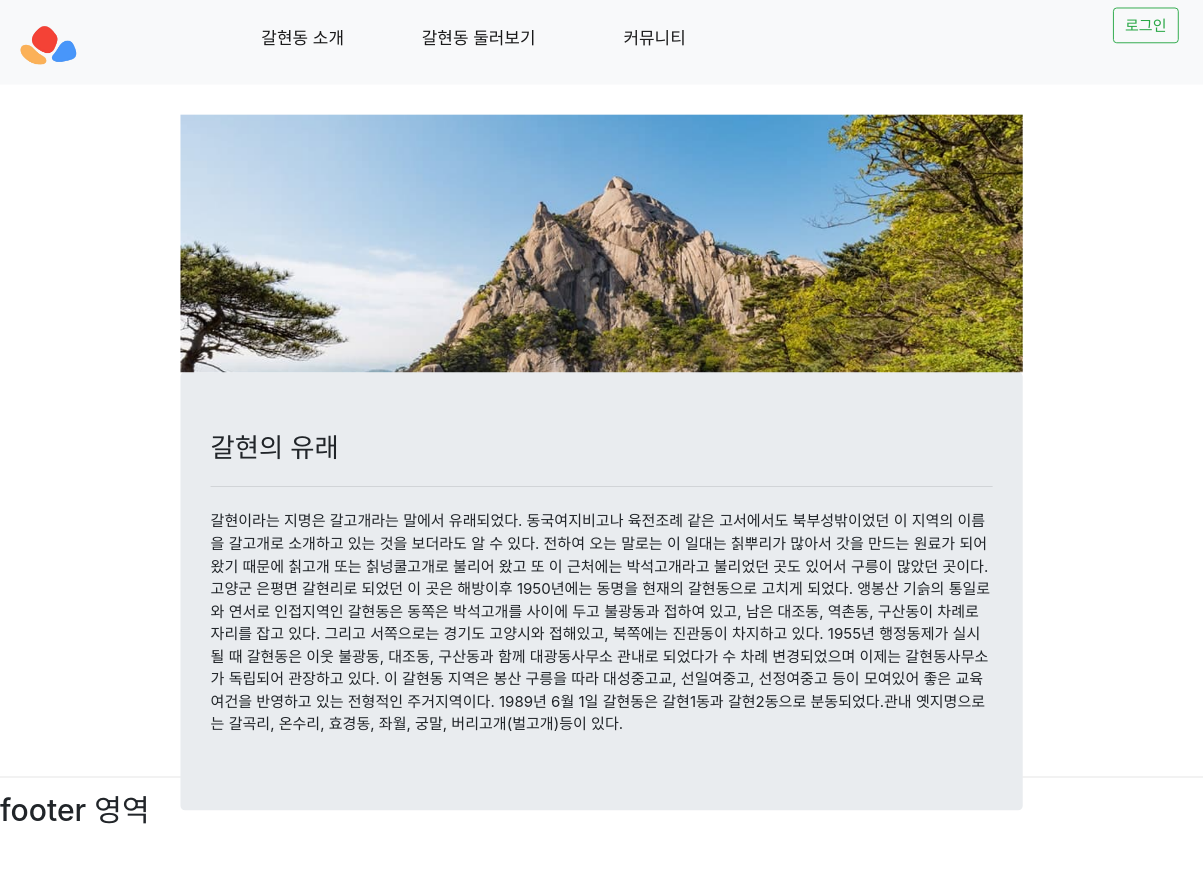
Repository: rnjsmj/pro01
Page: http://localhost/pro01/intro/origin.jsp
An editor plug-in stored every save of this project. The page is shown before and after the next save, followed by the edit.
The browser window is 1280 px wide. The pictures show the whole page, at 94% of full size.
The page is served by Tomcat 9. Nobody is signed in. The application's start-up code is not run. Other server files are loaded and not shown. The template is opened directly, without the code that normally fills it, so the values that code supplies are empty.

Above is the page before, as saved 2024-04-14 15:32:10.

### pro01/WebContent/intro/origin.jsp
<%@ page language="java" contentType="text/html; charset=UTF-8"
    pageEncoding="UTF-8"%>
<%@ taglib prefix="c" uri="http://java.sun.com/jsp/jstl/core" %>
<%@ taglib prefix="fmt" uri="http://java.sun.com/jsp/jstl/fmt" %>
<c:set var="path0" value="<%=request.getContextPath() %>" />
<!DOCTYPE html>
<html>
<head>
<meta charset="UTF-8">
<title>갈현동 소개 - 지역 유래</title>
<%@ include file="/head.jsp" %>
<style>
	#contents { background-color: #ffffff; height:100vh; text-align:center;justify-content:center; display:grid; }
	.page { padding : 2em; text-align : center; justify-content:center; width:960px;}
	.origin-main {text-align:center; width:100%}
	.main-image {justify-content:center; width:100%; height:auto;}
	.jumbotron {text-align:left;}
</style>
</head>
<body>
<div id="header">
	<%@ include file="/header.jsp" %>
</div>
<div id="contents">
	<section class="page" id="page1">
		<div class="origin-main">
			<img class="main-image" alt="대표이미지" src="${path0 }/images/main/origin.png">
			<div class="jumbotron">
				<h3 class="display-5">갈현의 유래</h2>
				<hr class="my-4">
				<p>
					갈현이라는 지명은 갈고개라는 말에서 유래되었다.

					동국여지비고나 육전조례 같은 고서에서도 북부성밖이었던 이 지역의 이름을 갈고개로 소개하고 있는 것을 보더라도 알 수 있다. 전하여 오는 말로는 이 일대는 칡뿌리가 많아서 갓을 만드는 원료가 되어왔기 때문에 칡고개 또는 칡넝쿨고개로 불리어 왔고 또 이 근처에는 박석고개라고 불리었던 곳도 있어서 구릉이 많았던 곳이다.

					고양군 은평면 갈현리로 되었던 이 곳은 해방이후 1950년에는 동명을 현재의 갈현동으로 고치게 되었다. 앵봉산 기슭의 통일로와 연서로 인접지역인 갈현동은 동쪽은 박석고개를 사이에 두고 불광동과 접하여 있고, 남은 대조동, 역촌동, 구산동이 차례로 자리를 잡고 있다.

					그리고 서쪽으로는 경기도 고양시와 접해있고, 북쪽에는 진관동이 차지하고 있다. 1955년 행정동제가 실시될 때 갈현동은 이웃 불광동, 대조동, 구산동과 함께 대광동사무소 관내로 되었다가 수 차례 변경되었으며 이제는 갈현동사무소가 독립되어 관장하고 있다.

					이 갈현동 지역은 봉산 구릉을 따라 대성중고교, 선일여중고, 선정여중고 등이 모여있어 좋은 교육여건을 반영하고 있는 전형적인 주거지역이다. 1989년 6월 1일 갈현동은 갈현1동과 갈현2동으로 분동되었다.관내 옛지명으로는 갈곡리, 온수리, 효경동, 좌월, 궁말, 버리고개(벌고개)등이 있다.
				</p>
			</div>
		</div>
	</section>
</div>
<div id="footer">
	<%@ include file="/footer.jsp" %>
</div>
</body>
</html>

### pro01/WebContent/head.jsp
<%@ page language="java" contentType="text/html; charset=UTF-8"
    pageEncoding="UTF-8"%>
<%@ taglib prefix="c" uri="http://java.sun.com/jsp/jstl/core" %>
<%@ taglib prefix="fmt" uri="http://java.sun.com/jsp/jstl/fmt" %>
<c:set var="ipath" value="<%= request.getContextPath() %>" />
<script src="${ipath }/js/jquery-3.2.1.min.js"></script>
<link rel="stylesheet" href="${ipath }/css/bootstrap.min.css" />
<link rel="stylesheet" href="https://cdnjs.cloudflare.com/ajax/libs/font-awesome/5.7.0/css/all.min.css" />
<script src="${ipath }/js/bootstrap.min.js"></script>
<meta name="viewport" content="width=device-width, initial-scale=1.0">
<meta name="subject" content="갈현동 소개 (Galhyeon-dong Intro)" />
<meta name="description" content="갈현동, 로데오거리, 맛집, 교통" />
<meta name="keywords" content="갈현동, 갈현1동, 갈현2동, 거리, 맛집, 교통편, 연신내역, 연신내, 구산역, 구산동, 구파발, 로데오거리, 연신내로데오거리, 메트로타워, 주점" />
<link rel="icon" href="${ipath }/images/favicon.png" />
<link rel="shortcut icon" href="${ipath}/images/favicon3.png" />
<meta property="og:type" content="website" />
<meta property="og:title" content="갈현동" />
<meta property="og:description" content="갈현동, 로데오거리, 맛집, 교통" />
<meta property="og:image" content="${ipath }/images/site.png" />
<meta property="og:url" content="http://localhost:8091" />
<link rel="stylesheet" href="${ipath }/css/common.css" />

### pro01/WebContent/header.jsp
<%@ page language="java" contentType="text/html; charset=UTF-8"
    pageEncoding="UTF-8"%>
<%@ taglib prefix="c" uri="http://java.sun.com/jsp/jstl/core" %>
<%@ taglib prefix="fmt" uri="http://java.sun.com/jsp/jstl/fmt" %>
<c:set var="hpath" value="<%=request.getContextPath() %>" />

<style>
	.navbar {width:100%; clear:both; display:block;}

	.navbar-brand { float:left; margin-right:80px; margin-top:0px; }
	#gnb {width:100%; height:90px; position:absoulute; top:0px; min-width:1100px; }
	.div-navbar {width:100%; display:block; float:left; }
	#gnb .navbar-nav { width:60%; margin:0auto; float:left; display:block; min-width:606px; text-align:center; margin-left:5%; height:80px;}
	#gnb .nav-item {float:left; position:relative; width:25%; height:80px; line-height:50px; text-align:center; display:block;  }
	#gnb .nav-item a {display:block; }
	.nav-link {font-size:18px;}
	/*
	.navbar {width:100%; clear:both; display:block;}

	.navbar-brand { float:left; margin-right:80px; margin-top:0px; }
	#gnb {width:100%; height:90px; position:absoulute; margin-top:0px; }
	.div-navbar {width:100%; display:block; float:left;}
	#gnb .navbar-nav { width:60%; margin:0auto; overflow:hidden; float:left; display:block; min-width:606px; text-align:center; margin-left:5%}
	#gnb .nav-item {float:left; position:relative; width:25%; height:100%; line-height:50px; text-align:center; display:block; }
	#gnb .nav-item a {display:block; }
	.nav-link {font-size:18px;}*/

	#gnb .sub_menu {display:none; list-style:none; text-align:left; background-color:#ffffff; margin-top:10px; }
	#gnb .sub_menu a {text-decoration:none; color:black;}
	#gnb .sub_menu a:hover {font-weight:600; color:#69634e; }
	#gnb .item .sub_menu li {background-color:#ffffff; }
	#gnb .nav-item:hover .sub_menu {display:block; }
	#gnb .nav-item:hover a.nav-link{font-weight:600; }
	#gnb a {text-decoration:none;}

	.mem-manage {text-align:right;   width:200px; float:right;}
	.ul-mem {list-style:none; }
	.li-mem {list-style:none; margin-left:10px; margin-right:10px; float:right; display:block;}


</style>
<header>
	<nav class="navbar navbar-light bg-light" id="gnb">
	<div class="div-navbar">
  		<a class="navbar-brand" href="/pro01"><img alt="갈현동" src="${hpath }/images/favicon3.png" width=70px></a>
		<ul class="navbar-nav">
    		<li class="nav-item active"><a class="nav-link">갈현동 소개</a>
    			<ul class="sub_menu">
    				<li><a href="${hpath }/intro/origin.jsp">지명유래</a></li>
    				<li><a href="">오시는 길</a></li>
    			</ul>
    		</li>
    		<li class="nav-item active"><a class="nav-link">갈현동 둘러보기</a>
    			<ul class="sub_menu">
    				<li><a href="">주요시설 안내</a></li>
    				<li><a href="">맛집 안내</a></li>
    				<li><a href="${hpath }/TrafficList.do">교통편 안내</a></li>
    			</ul>
    		</li>
    		<li class="nav-item active"><a class="nav-link">커뮤니티</a>
    			<ul class="sub_menu">
    				<li><a href="${hpath }/NoticeList.do">공지사항</a></li>
    				<li><a href="${hpath }/QnaList.do">묻고답하기</a></li>
    				<li><a href="">자료실</a></li>
    			</ul>
    		</li>
    		<c:if test="${not empty sid }">
				<c:if test="${!sid.equals('admin')}">
				<li class="nav-item active"><a class="nav-link href="${hpath }/MemberUpdate.do?id=${sid}">마이페이지</a></li>
				</c:if>
				<c:if test="${sid.equals('admin') }">
				<li class="nav-item active"><a class="nav-link href="${hpath }/admin">관리자페이지</a></li>
				</c:if>
			</c:if>
  		</ul>
  		<div class="mem-manage justify-content-end">
  			<ul class="ul-mem">
  				<c:if test="${not empty sid }">
  				<li class="li-mem">
  					<img alt="이미지" src="${hpath }/images/member-icon.svg" width=20px;>
  					<strong>${sname }</strong>
  				</li>
  				<li class="li-mem">
  					<a class="btn btn-outline-success my-2 my-sm-0" href="${hpath }/Logout.do">로그아웃</a>
  				</li>
  				</c:if>
  				<c:if test="${empty sid}">
  				<li class="li-mem">
  					<a class="btn btn-outline-success my-2 my-sm-0" href="${hpath }/member/login.jsp" >로그인</a>
  				</li>
  				</c:if>
  			</ul>
  		</div>
  	</div>
	</nav>
</header>

### pro01/WebContent/footer.jsp
<%@ page language="java" contentType="text/html; charset=UTF-8"
    pageEncoding="UTF-8"%>
<hr>
<footer>
	<h2>footer 영역</h2>
</footer>

### pro01/WebContent/css/common.css
@charset "UTF-8";
#contents {min-height:100%; height:auto; padding-bottom:100px; }
#header {clear:both; height:90px;  min-width:1100px; }
#footer { /*background-color:#2c2c2c; color:#fff;
	position:relative; transform:translateY(-100%); height:100px;*/ }

Loaded but not shown: pro01/WebContent/js/jquery-3.2.1.min.js (library); pro01/WebContent/css/bootstrap.min.css (library); pro01/WebContent/js/bootstrap.min.js (library)

After the next save:
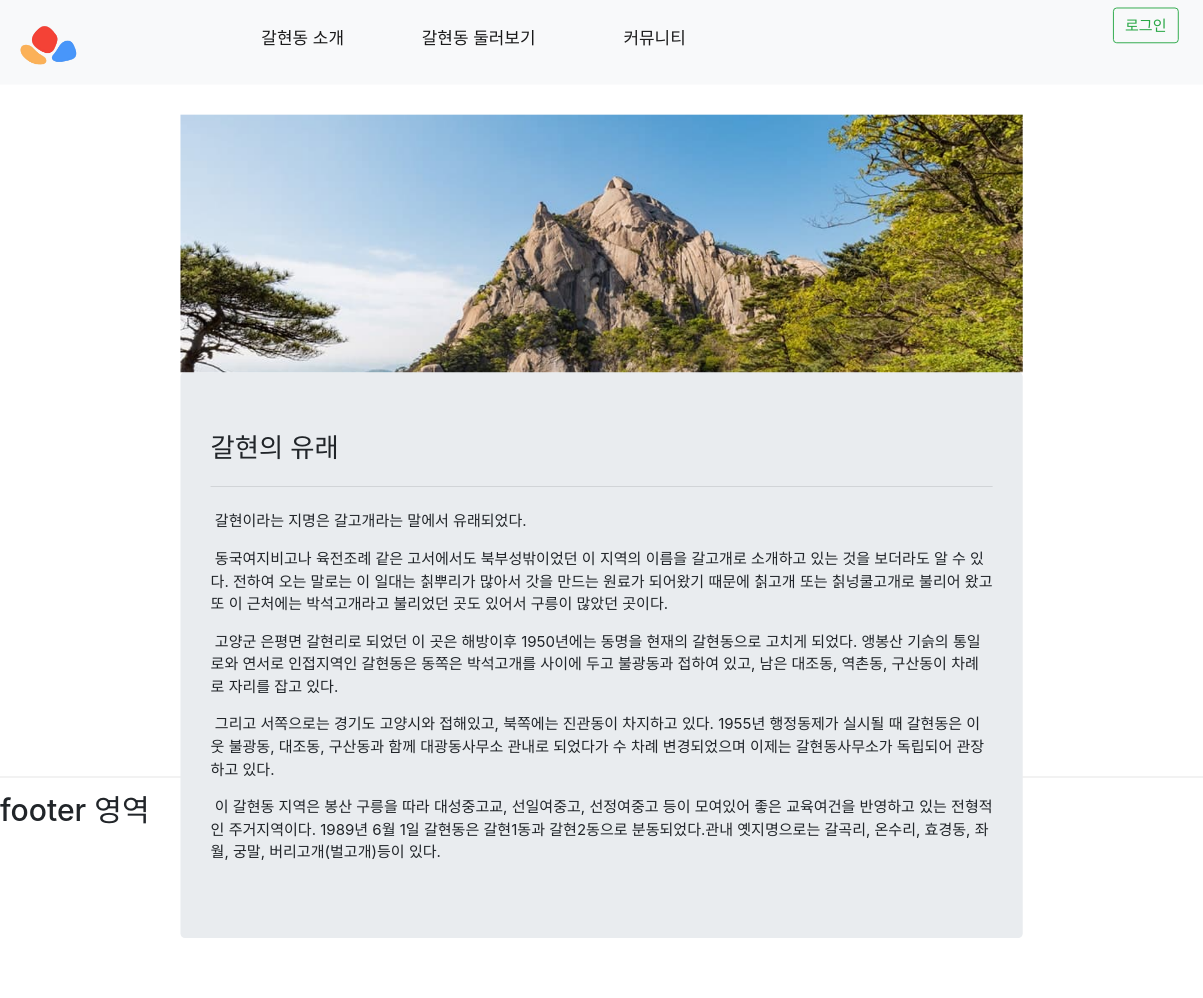
Saved 116 s later.
--- a/pro01/WebContent/intro/origin.jsp
+++ b/pro01/WebContent/intro/origin.jsp
@@ -26,18 +26,22 @@
 		<div class="origin-main">
 			<img class="main-image" alt="대표이미지" src="${path0 }/images/main/origin.png">
 			<div class="jumbotron">
-				<h3 class="display-5">갈현의 유래</h2>
+				<h3 class="display-5">갈현의 유래</h3>
 				<hr class="my-4">
 				<p>
-					갈현이라는 지명은 갈고개라는 말에서 유래되었다.
-
-					동국여지비고나 육전조례 같은 고서에서도 북부성밖이었던 이 지역의 이름을 갈고개로 소개하고 있는 것을 보더라도 알 수 있다. 전하여 오는 말로는 이 일대는 칡뿌리가 많아서 갓을 만드는 원료가 되어왔기 때문에 칡고개 또는 칡넝쿨고개로 불리어 왔고 또 이 근처에는 박석고개라고 불리었던 곳도 있어서 구릉이 많았던 곳이다.
-
-					고양군 은평면 갈현리로 되었던 이 곳은 해방이후 1950년에는 동명을 현재의 갈현동으로 고치게 되었다. 앵봉산 기슭의 통일로와 연서로 인접지역인 갈현동은 동쪽은 박석고개를 사이에 두고 불광동과 접하여 있고, 남은 대조동, 역촌동, 구산동이 차례로 자리를 잡고 있다.
-
-					그리고 서쪽으로는 경기도 고양시와 접해있고, 북쪽에는 진관동이 차지하고 있다. 1955년 행정동제가 실시될 때 갈현동은 이웃 불광동, 대조동, 구산동과 함께 대광동사무소 관내로 되었다가 수 차례 변경되었으며 이제는 갈현동사무소가 독립되어 관장하고 있다.
-
-					이 갈현동 지역은 봉산 구릉을 따라 대성중고교, 선일여중고, 선정여중고 등이 모여있어 좋은 교육여건을 반영하고 있는 전형적인 주거지역이다. 1989년 6월 1일 갈현동은 갈현1동과 갈현2동으로 분동되었다.관내 옛지명으로는 갈곡리, 온수리, 효경동, 좌월, 궁말, 버리고개(벌고개)등이 있다.
+					&nbsp;갈현이라는 지명은 갈고개라는 말에서 유래되었다.
+				</p>
+				<p>
+					&nbsp;동국여지비고나 육전조례 같은 고서에서도 북부성밖이었던 이 지역의 이름을 갈고개로 소개하고 있는 것을 보더라도 알 수 있다. 전하여 오는 말로는 이 일대는 칡뿌리가 많아서 갓을 만드는 원료가 되어왔기 때문에 칡고개 또는 칡넝쿨고개로 불리어 왔고 또 이 근처에는 박석고개라고 불리었던 곳도 있어서 구릉이 많았던 곳이다.
+				</p>
+				<p>
+					&nbsp;고양군 은평면 갈현리로 되었던 이 곳은 해방이후 1950년에는 동명을 현재의 갈현동으로 고치게 되었다. 앵봉산 기슭의 통일로와 연서로 인접지역인 갈현동은 동쪽은 박석고개를 사이에 두고 불광동과 접하여 있고, 남은 대조동, 역촌동, 구산동이 차례로 자리를 잡고 있다.
+				</p>
+				<p>
+					&nbsp;그리고 서쪽으로는 경기도 고양시와 접해있고, 북쪽에는 진관동이 차지하고 있다. 1955년 행정동제가 실시될 때 갈현동은 이웃 불광동, 대조동, 구산동과 함께 대광동사무소 관내로 되었다가 수 차례 변경되었으며 이제는 갈현동사무소가 독립되어 관장하고 있다.
+ 				</p>
+				<p>
+					&nbsp;이 갈현동 지역은 봉산 구릉을 따라 대성중고교, 선일여중고, 선정여중고 등이 모여있어 좋은 교육여건을 반영하고 있는 전형적인 주거지역이다. 1989년 6월 1일 갈현동은 갈현1동과 갈현2동으로 분동되었다.관내 옛지명으로는 갈곡리, 온수리, 효경동, 좌월, 궁말, 버리고개(벌고개)등이 있다.
 				</p>
 			</div>
 		</div>
